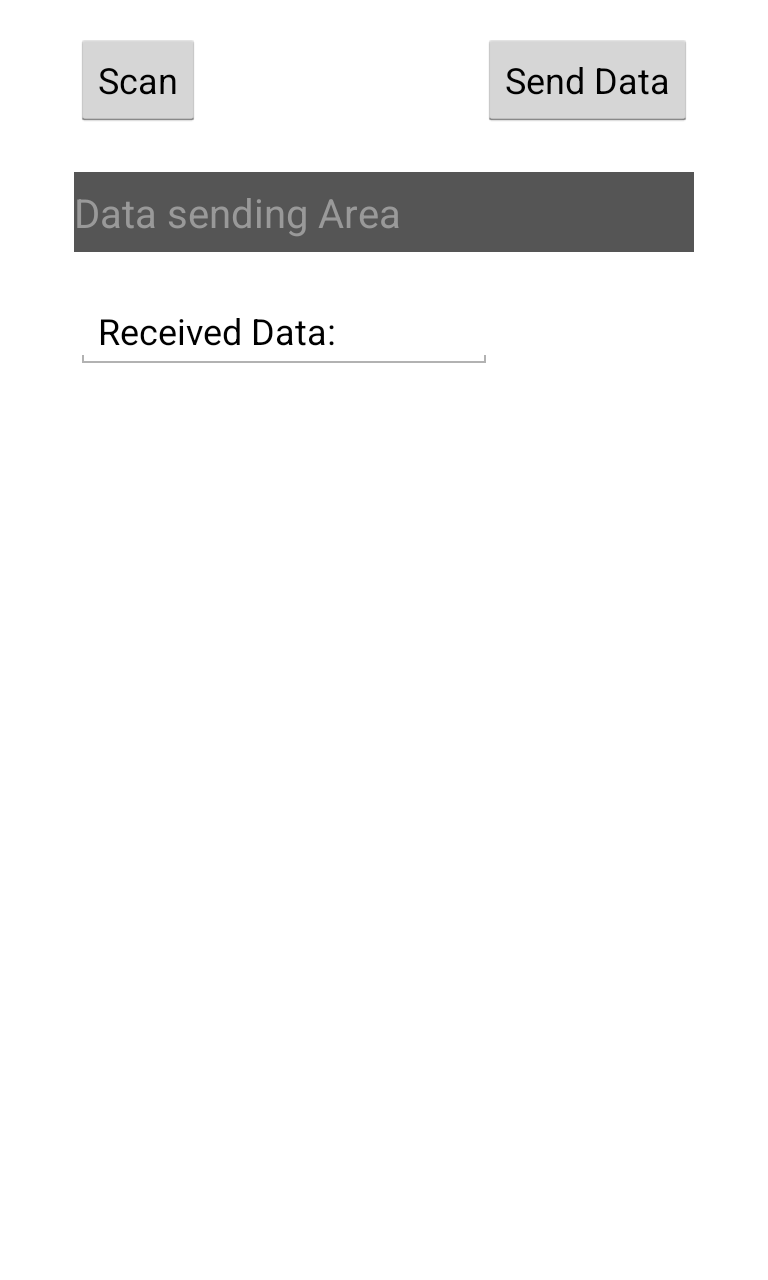
Repository: DFRobot/BlunoBasicDemo
Layout: Android/BlunoBasicDemoWorkspace/BlunoBasicDemo/res/layout/activity_main.xml
An editor plug-in stored every save of this project. The layout is shown before and after the next save, followed by the edit.
It is drawn on a 768 x 1280 px phone screen (xhdpi) without system bars, with theme AppTheme; the app's code is not run.

Above is the layout before, as saved 2014-07-11 05:00:50.

### Android/BlunoBasicDemoWorkspace/BlunoBasicDemo/res/layout/activity_main.xml
<RelativeLayout xmlns:android="http://schemas.android.com/apk/res/android"
    xmlns:tools="http://schemas.android.com/tools"
    android:layout_width="match_parent"
    android:layout_height="match_parent"
    android:paddingBottom="@dimen/activity_vertical_margin"
    android:paddingLeft="@dimen/activity_horizontal_margin"
    android:paddingRight="@dimen/activity_horizontal_margin"
    android:paddingTop="@dimen/activity_vertical_margin"
    tools:context=".MainActivity" >

    <TextView
        android:id="@+id/textView1"
        android:layout_width="wrap_content"
        android:layout_height="wrap_content" />

    <TextView
        android:id="@+id/serialReveicedText"
        android:layout_width="wrap_content"
        android:layout_height="wrap_content"
        android:layout_alignLeft="@+id/editText2"
        android:layout_below="@+id/editText2"
        android:ems="10"
        android:inputType="textMultiLine"
	/>

    <Button
        android:id="@+id/buttonSerialSend"
        android:layout_width="wrap_content"
        android:layout_height="wrap_content"
        android:layout_above="@+id/serialSendText"
        android:layout_alignRight="@+id/serialSendText"
        android:text="Send Data" />

    <EditText
        android:id="@+id/editText2"
        android:layout_width="wrap_content"
        android:layout_height="wrap_content"
        android:layout_alignLeft="@+id/serialSendText"
        android:layout_below="@+id/serialSendText"
        android:layout_marginTop="20dp"
        android:ems="10"
        android:text="Received Data:" />

    <EditText
        android:id="@+id/serialSendText"
        android:layout_width="310dp"
        android:layout_height="40dp"
        android:layout_below="@+id/buttonScan"
        android:layout_centerHorizontal="true"
        android:layout_marginTop="22dp"
        android:background="#555555"
        android:bufferType="editable"
        android:ems="10"
        android:inputType="text"
        android:text="Data sending Area"
        android:textColor="#999999"
        android:textSize="20dip" />

    <Button
        android:id="@+id/buttonScan"
        android:layout_width="wrap_content"
        android:layout_height="wrap_content"
        android:layout_alignLeft="@+id/serialSendText"
        android:layout_alignParentTop="true"
        android:text="Scan" />

</RelativeLayout>

Loaded but not shown: Android/BlunoBasicDemoWorkspace/BlunoBasicDemo/res/values/styles.xml (common file); Android/BlunoBasicDemoWorkspace/BlunoBasicDemo/res/values-v11/styles.xml (common file); Android/BlunoBasicDemoWorkspace/BlunoBasicDemo/res/values-v14/styles.xml (common file); Android/BlunoBasicDemoWorkspace/BlunoBasicDemo/res/values/dimens.xml (common file)

After the next save:
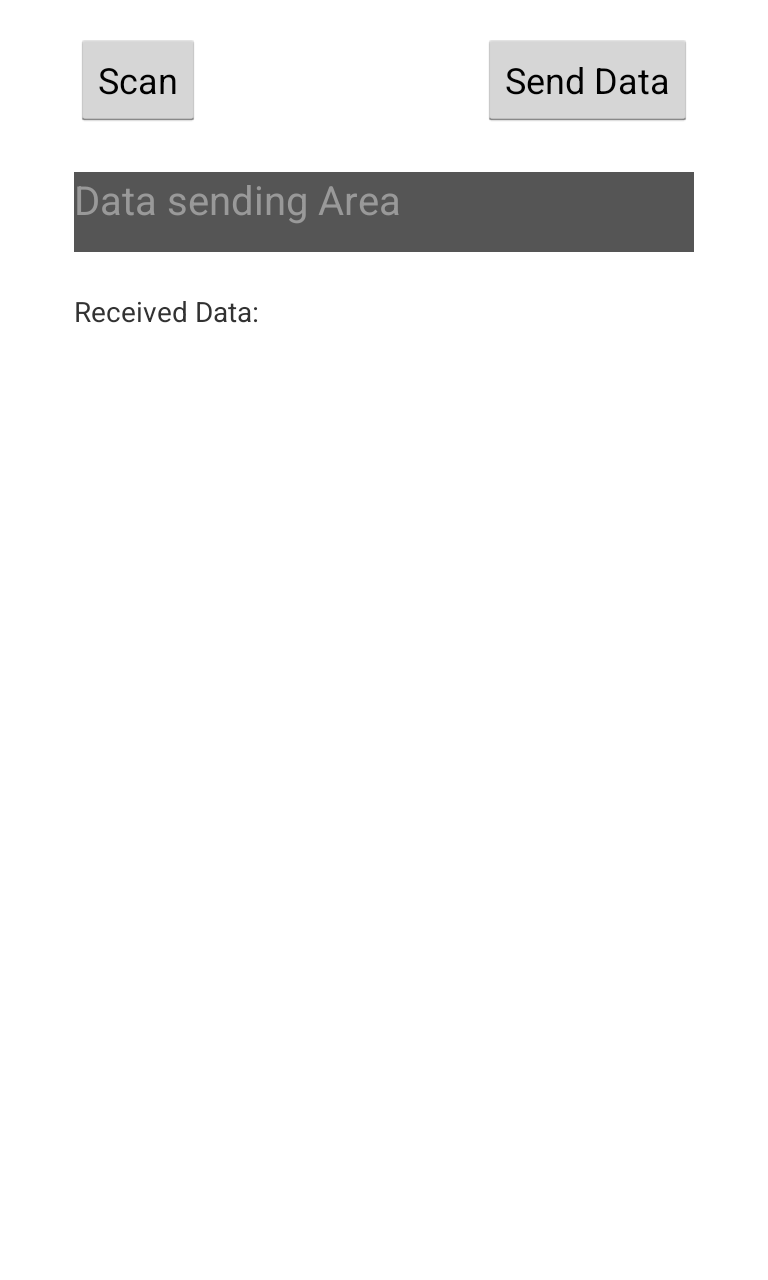
Saved 7 s later.
--- a/Android/BlunoBasicDemoWorkspace/BlunoBasicDemo/res/layout/activity_main.xml
+++ b/Android/BlunoBasicDemoWorkspace/BlunoBasicDemo/res/layout/activity_main.xml
@@ -31,7 +31,7 @@
         android:layout_alignRight="@+id/serialSendText"
         android:text="Send Data" />
 
-    <EditText
+    <TextView
         android:id="@+id/editText2"
         android:layout_width="wrap_content"
         android:layout_height="wrap_content"
@@ -41,7 +41,7 @@
         android:ems="10"
         android:text="Received Data:" />
 
-    <EditText
+    <TextView
         android:id="@+id/serialSendText"
         android:layout_width="310dp"
         android:layout_height="40dp"
